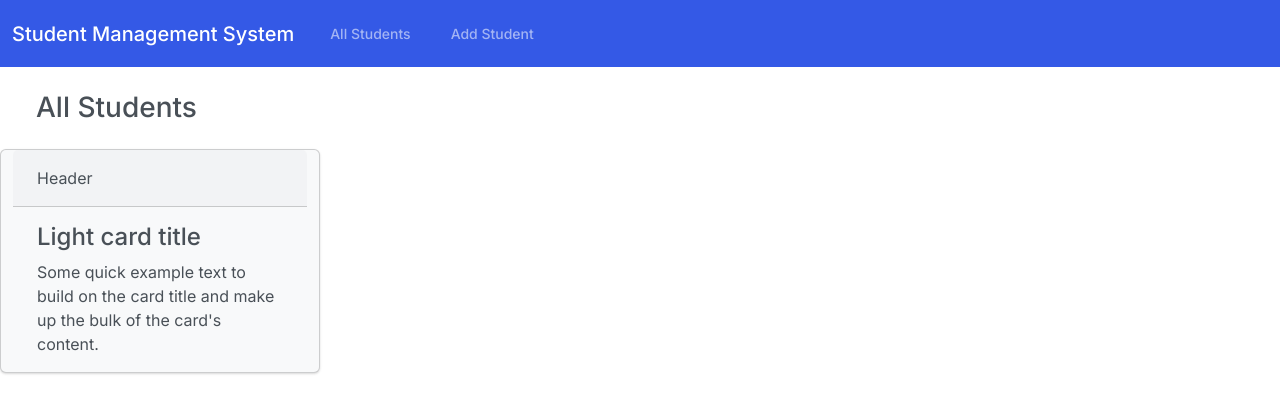
Repository: saraanbih/Student-Management-System
Page: http://localhost/
These files come from the project's save history. The page is drawn as it stood at one moment and after the next save; the edit follows.
The browser window is 1280 px wide. The pictures show the whole page.
The page is served by the project's application, run on Django 5.2 (manage.py).

Above is the page before, as saved 2025-09-11 15:33:48.

After the next save:
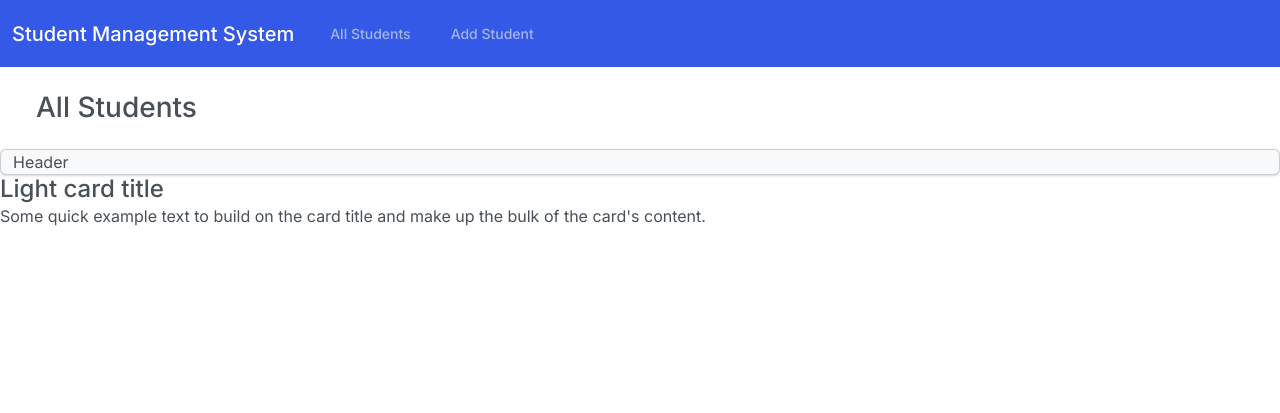
Saved 13 s later.
--- a/students/templates/students/index.html
+++ b/students/templates/students/index.html
@@ -40,7 +40,7 @@
       <div class="row">
         <div class="col-12">
           </div>
-            <div class="card bg-light mb-3" style="max-width: 20rem;">
+            <div class="card bg-light >
               <div class="card-header">Header</div>
               <div class="card-body">
                 <h4 class="card-title">Light card title</h4>
